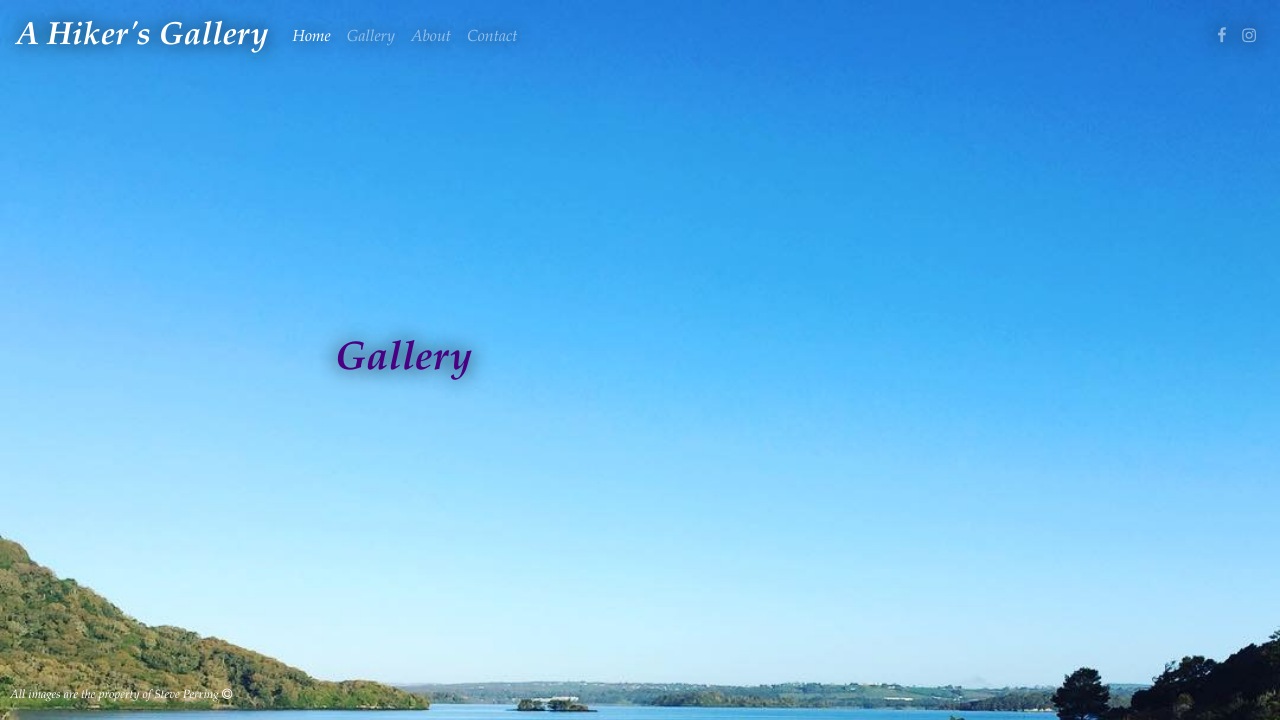
Repository: S-Perring/hiker
Page: index.html
The author's editor kept a record of every edit. The page is drawn from the files as they stood at one moment, then again after the next edit.
The browser window is 1280 px wide. The pictures show the whole page.

Above is the page before.

### index.html
<!DOCTYPE html>
<html lang="en">
<head>
    <meta charset="UTF-8">
    <meta name="viewport" content="width=device-width, initial-scale=1.0">
    <meta http-equiv="X-UA-Compatible" content="ie=edge">
    <link rel="stylesheet" href="https://stackpath.bootstrapcdn.com/bootstrap/4.3.1/css/bootstrap.min.css" type="text/css" />
    <link rel="stylesheet" href="https://stackpath.bootstrapcdn.com/font-awesome/4.7.0/css/font-awesome.min.css" type="text/css" />
    <link rel="stylesheet" href="https://cdnjs.cloudflare.com/ajax/libs/font-awesome/4.7.0/css/font-awesome.min.css">
    <link rel="stylesheet" href="css/style.css" type="text/css" />
    <title>Hiker's Gallery</title>
</head>

<body>

<header>
  <nav class="navbar fixed-top navbar-expand-sm navbar-dark scrolling-navbar">
    <a class="navbar-brand" href="#"><strong>A Hiker's Gallery</strong></a>
    <button class="navbar-toggler" type="button" data-toggle="collapse" data-target="#navbarSupportedContent"
      aria-controls="navbarSupportedContent" aria-expanded="false" aria-label="Toggle navigation">
      <span class="navbar-toggler-icon"></span>
    </button>
    <div class="collapse navbar-collapse" id="navbarSupportedContent">
      <ul class="navbar-nav mr-auto">
        <li class="nav-item active">
          <a class="nav-link" href="#">Home <span class="sr-only">(current)</span></a>
        </li>
        <li class="nav-item">
          <a class="nav-link" href="#">Gallery</a>
        </li>
        <li class="nav-item">
          <a class="nav-link" href="#">About</a>
        </li>
        <li class="nav-item">
          <a class="nav-link" href="#">Contact</a>
        </li>
      </ul>
      <ul class="navbar-nav nav-flex-icons">
        <li class="nav-item">
          <a class="nav-link"><i class="fa fa-facebook"></i></a>
        </li>
        <li class="nav-item">
          <a class="nav-link"><i class="fa fa-instagram"></i></a>
        </li>
      </ul>
    </div>
  </nav>

</header>

<section>
    <div class="main-pic">

        <div class=col-6>
            <a class="explore" href="gallery.html">Gallery</a>
        </div>
    </div>


</section>

<footer class="fixed-bottom">
   <p>All images are the property of Steve Perring  <i class="fa fa-copyright"></i></p>
</footer>


</body>

</html>

### css/style.css
@import url('https://fonts.googleapis.com/css?family=Roboto:100,200,300,400,500,600,700|Exo:100,200,300,400,500,600,700');


.nav-link {
    font-family: Garamond;
    color: #f0ece1;
    font-weight: 200;
    font-style: italic;
}


.main-pic {
    background-image: url(../css/images/IMG_5437.JPG);
    background-size: cover;
    max-width: 100%;
    height: 100vh;
    padding: 0;
    display: flex;
    align-items: center;
    justify-content: center;
    position: relative;
    background-repeat: no-repeat;

}


.navbar-brand {
    font-family: Garamond;
    font-size: 2em;
    font-style: italic;
    color: #f0ece1;
    border-color: #f0ece1;
}

.explore {
    font-family: Garamond;
    text-align: center;
    font-style: italic;
    font-size: 2.5em;
    font-weight: bolder;
    color: #4B0082;

}


a {
    text-decoration: none;
    background-color: transparent;
    text-shadow: 0 0 20px black;
}

footer {
    padding-left: 10px;
    position: relative;
    font-family: Garamond;
    font-style: italic;
    color: #fff;
    font-size: .75em;
}

a:hover {
  text-decoration: none;
  text-transform: capitalize;
  color: #fff;

}

After the next edit:
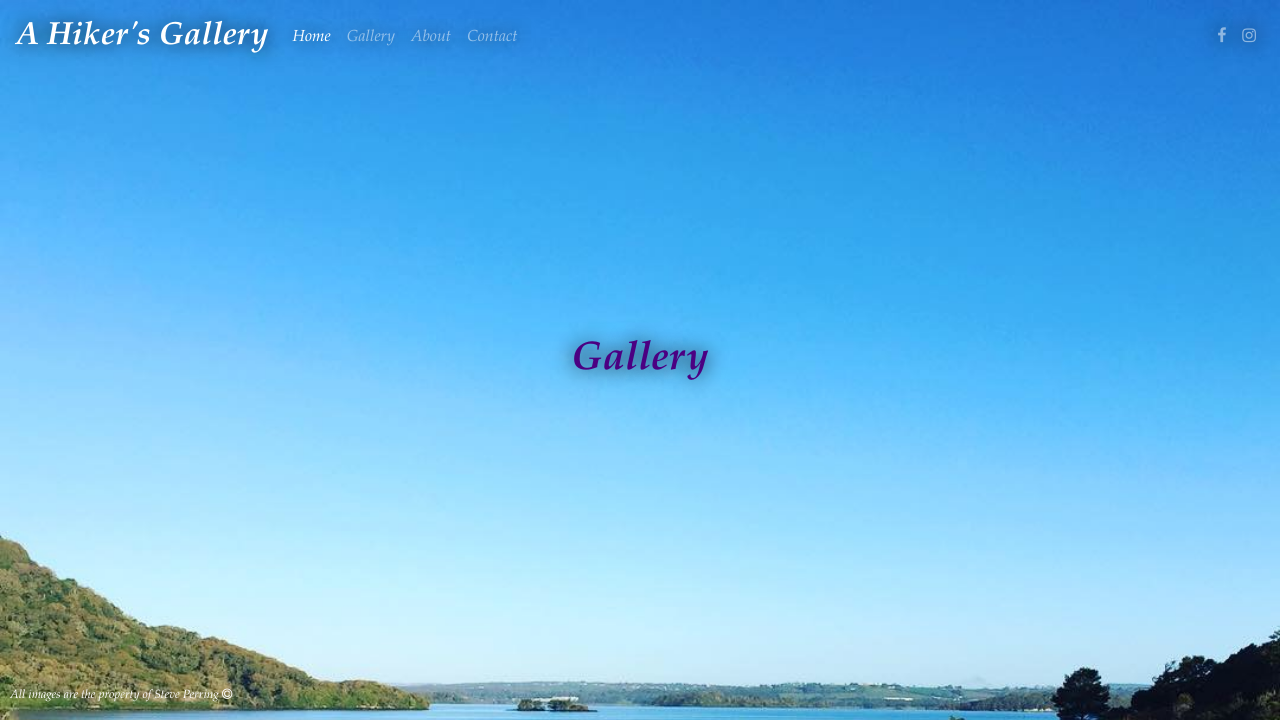
The edit:
--- a/index.html
+++ b/index.html
@@ -51,7 +51,7 @@
 <section>
     <div class="main-pic">
 
-        <div class=col-6>
+        <div>
             <a class="explore" href="gallery.html">Gallery</a>
         </div>
     </div>
